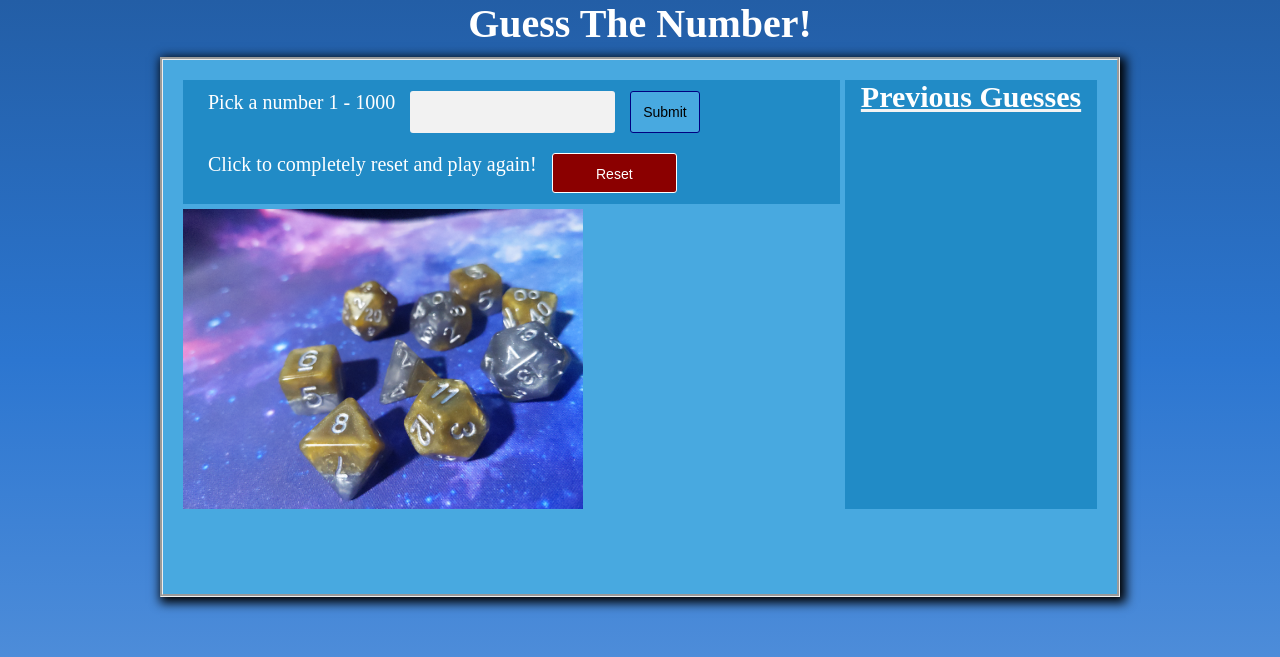
Repository: mlmEFSC21/P15-Modified-Guessing-Game
Page: guess.html
An editor plug-in stored every save of this project. The page is shown before and after the next save, followed by the edit.
The browser window is 1280 px wide. The pictures show the whole page.

Above is the page before, as saved 2022-03-23 18:28:00.

After the next save:
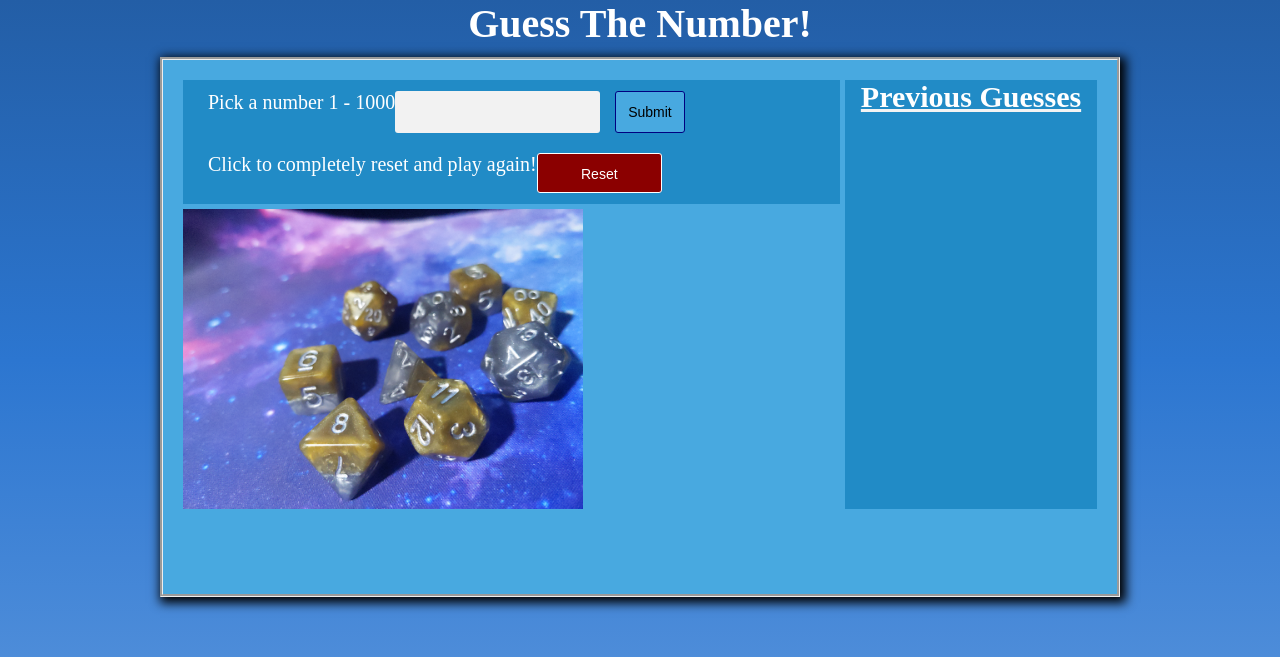
Saved 8 s later.
--- a/guess.css
+++ b/guess.css
@@ -62,7 +62,7 @@
 }
 label {
     margin-right: 15px;
-    margin-block: 10px;
+    margin: 10px 0;
 }
 input {
     border: none;

After the save that followed:
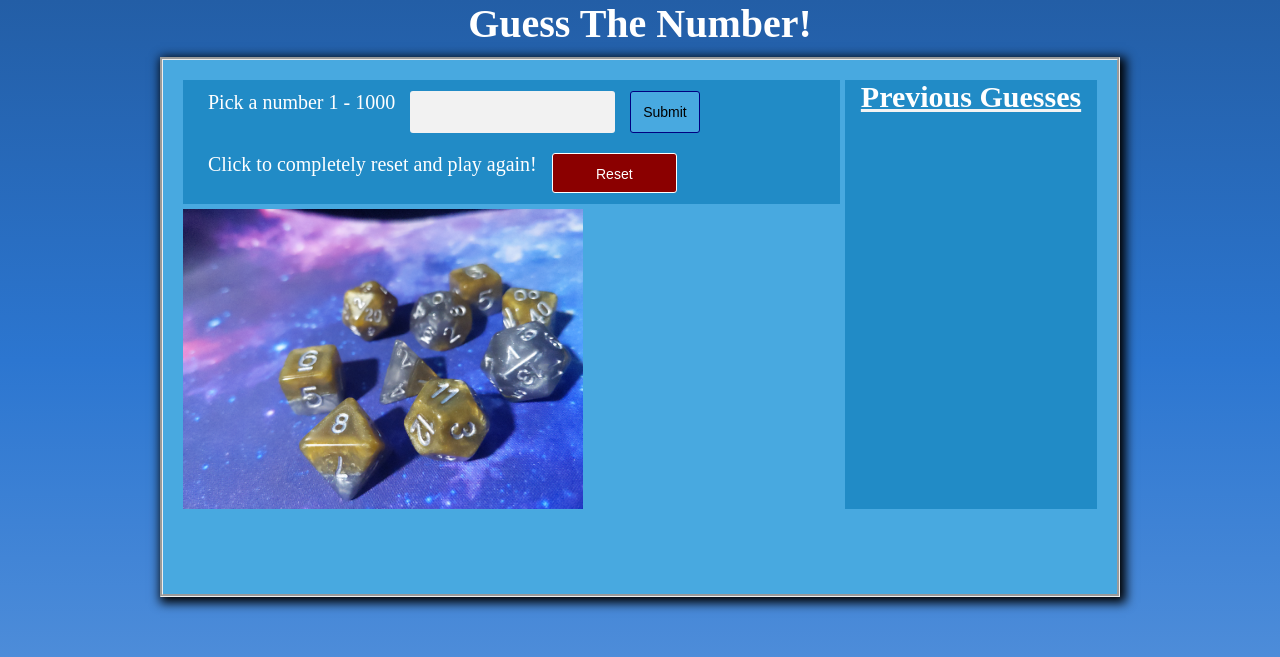
Saved 10 s later.
--- a/guess.css
+++ b/guess.css
@@ -62,7 +62,7 @@
 }
 label {
     margin-right: 15px;
-    margin: 10px 0;
+    margin-block: 10px;
 }
 input {
     border: none;
